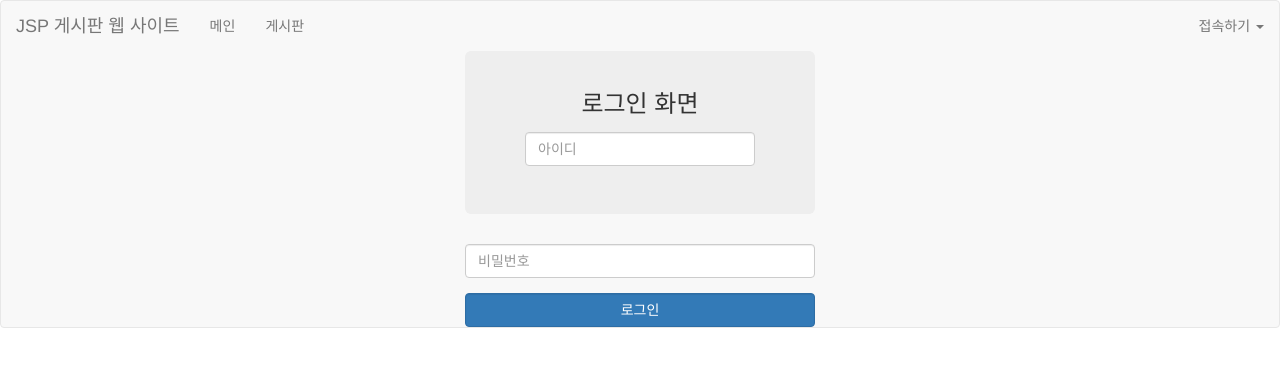
Repository: GorillaDunk/JSP
Page: http://localhost/BBS/login.jsp
These files come from the project's save history. The page is drawn as it stood at one moment and after the next save; the edit follows.
The browser window is 1280 px wide. The pictures show the whole page.
Some web libraries are served in a nearby version. The page is served by Tomcat 9.

Above is the page before, as saved 2023-10-14 04:42:29.

After the next save:
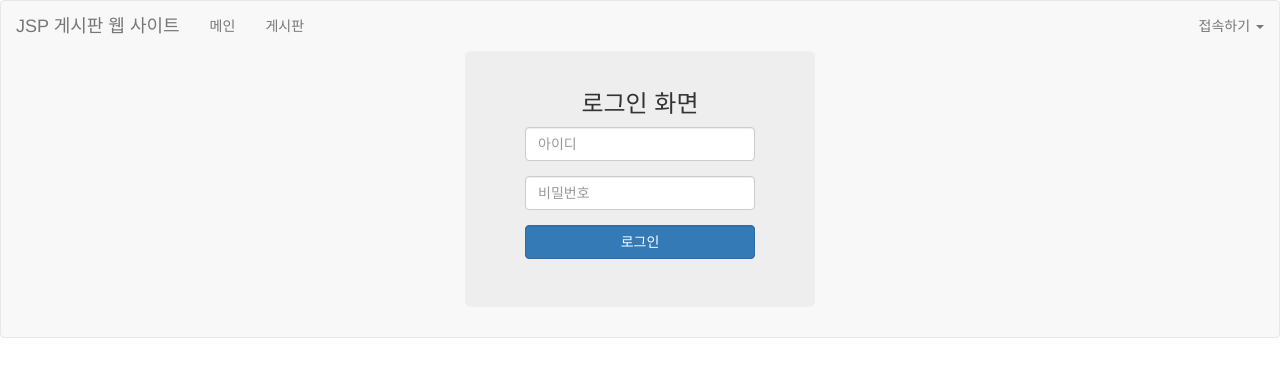
Saved 76 s later.
--- a/projects/BBS/src/main/webapp/login.jsp
+++ b/projects/BBS/src/main/webapp/login.jsp
@@ -45,20 +45,20 @@
 
 	<div class="container">
 		<div class="col-lg-4"></div>
-			<div class="col-lg-4">
-				<div class="jumbotron" style="padding-top:20px;">
-					<form method="post" action="loginAction.jsp">
-						<h3 style="text-align: center"> 로그인 화면</h3>
-						<div class="form-group"></div>
-							<input type="text" class="form-control" placeholder="아이디" name="userID" maxlength="20">
-						</div>
-						<div class="form-group">
-							<input type="password" class="form-control" placeholder="비밀번호" name="userPassword" maxlength="20">
-						</div>
-						<input type="submit" class="btn btn-primary form-control" value="로그인">
-					</form>
-				</div>
+		<div class="col-lg-4">
+			<div class="jumbotron" style="padding-top:20px;">
+				<form method="post" action="loginAction.jsp">
+					<h3 style="text-align: center"> 로그인 화면</h3>
+					<div class="form-group">
+						<input type="text" class="form-control" placeholder="아이디" name="userID" maxlength="20">
+					</div>
+					<div class="form-group">
+						<input type="password" class="form-control" placeholder="비밀번호" name="userPassword" maxlength="20">
+					</div>
+					<input type="submit" class="btn btn-primary form-control" value="로그인">
+				</form>
 			</div>
+		</div>
 	</div>
 
 
